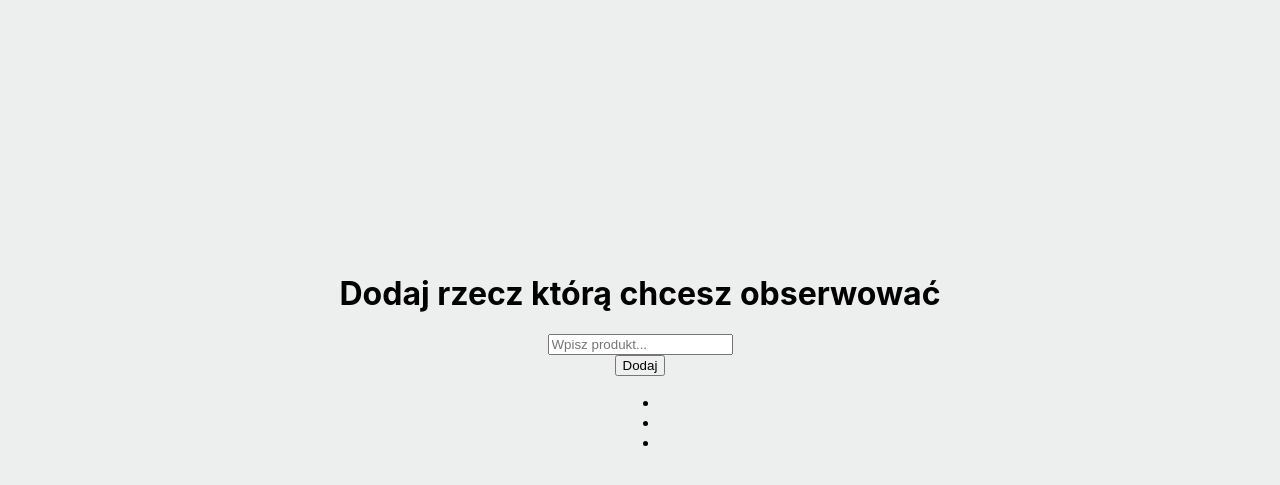
Repository: matedoo/crawler
Page: /MainApp
An editor plug-in stored every save of this project. The page is shown before and after the next save, followed by the edit.
The browser window is 1280 px wide. The pictures show the whole page.
The project was rebuilt for these pictures with package versions that can differ from the ones it lists, and the page was loaded fresh each time. Requests to the local data server were answered from the project's data file. Also part of the build but not shown: src/Components/button.js, src/Components/LoginComponents/LoginApp.js, src/Components/LoginComponents/RegisterApp.js, src/Components/btnContainer.js, src/Components/heading.js, src/Components/LoginComponents/StartApp.js, src/Components/MainApp/MainAppElement.js.

Above is the page before, as saved 2020-04-26 20:21:45.

After the next save:
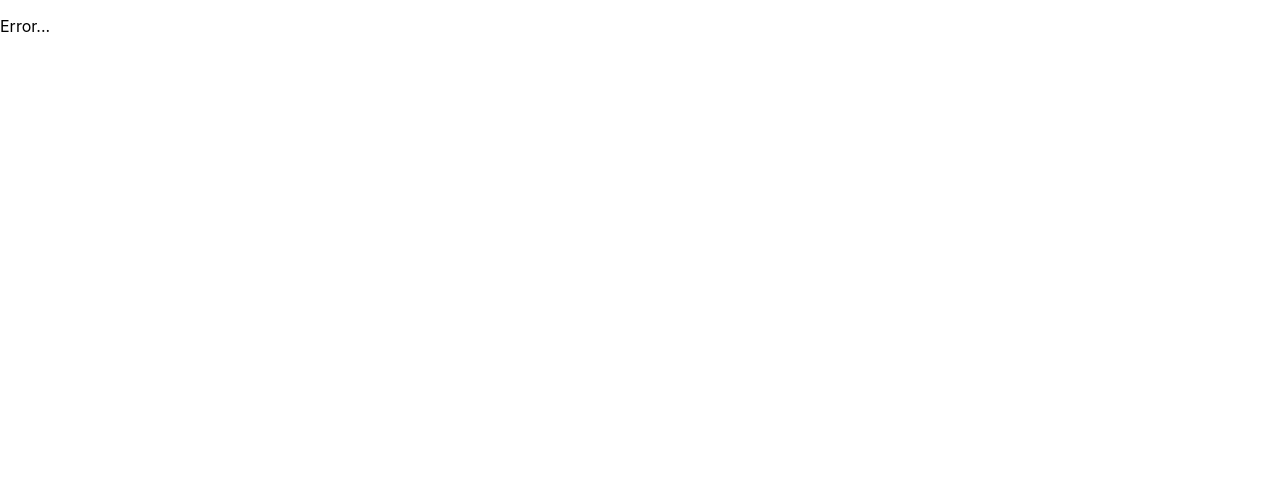
Saved 29 s later.
--- a/src/Components/MainApp/MainApp.js
+++ b/src/Components/MainApp/MainApp.js
@@ -19,7 +19,7 @@
 
       try {
         const response = await fetch(`http://localhost:4000/${apiItems}`)
-        const responseParsed = await response.json()
+        const responseParsed = await response.json().JSON.stringify()
         setIsLoading(false)
         setFetchedData(responseParsed)
 

After the 3 saves that followed:
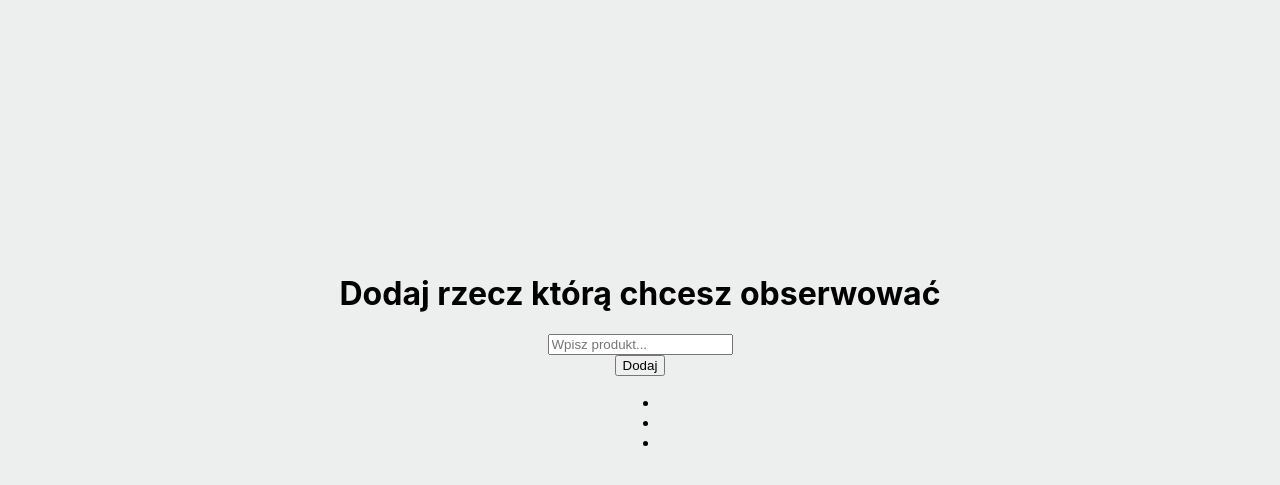
The 3 saves are shown as one change because 1 did not build or start and 1 left the picture as it was.
The last was saved 42 s later.
--- a/src/Components/MainApp/MainApp.js
+++ b/src/Components/MainApp/MainApp.js
@@ -8,7 +8,7 @@
 function MainApp(props) {
   const [elementsListState, setElementsListState] = useState({ elementsList: [], inputValue: '', error: ''})
 
-  const [fetchedData, setFetchedData] = useState({items: []})
+  const [fetchedData, setFetchedData] = useState({})
   const [dataError, setDataError] = useState(null)
   const [apiItems, setApiItems] = useState('items')
   const [isLoading, setIsLoading] = useState(true)
@@ -19,7 +19,7 @@
 
       try {
         const response = await fetch(`http://localhost:4000/${apiItems}`)
-        const responseParsed = await response.json().JSON.stringify()
+        const responseParsed = await response.json()
         setIsLoading(false)
         setFetchedData(responseParsed)
 
